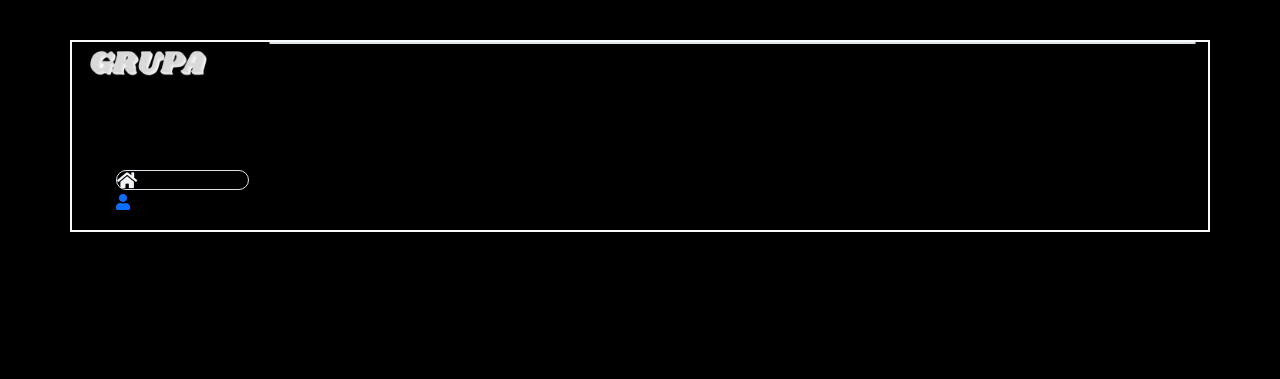
Repository: latenightsnacc/urban-pancake
Page: index.html
The author's editor kept a copy of each file at every save. The page is drawn from the files as they stood at one save, then again after the next save.
The browser window is 1280 px wide. The pictures show the whole page.
Some web libraries are served in a nearby version.

Above is the page before, as saved 2021-04-30 14:32:43.

After the next save:
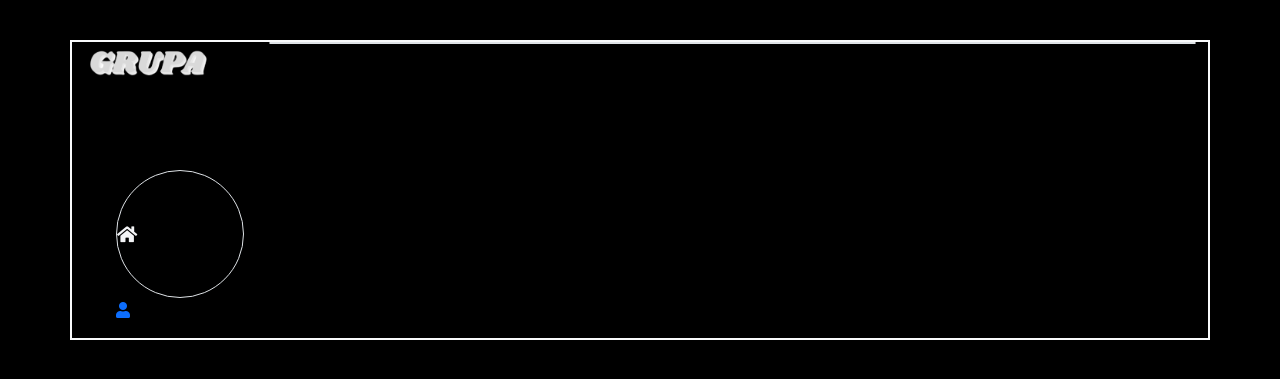
Saved 31 s later.
--- a/index.html
+++ b/index.html
@@ -28,7 +28,7 @@
                 </a>
                 <ul class="flex flex-col">
                     <li class="mr-5">
-                        <a href="index.html" class="flex flex-row items-center text-lg border border-gray-100 rounded-full text-gray-100 no-underline">
+                        <a href="index.html" class="flex flex-row items-center text-lg border border-gray-100 rounded-full h-32 w-32 text-gray-100 no-underline">
                             <i class="fas fa-home"></i>
                             <!-- <span class="ml-2 hidden md:block capitalize text-sm">home</span> -->
                         </a>
